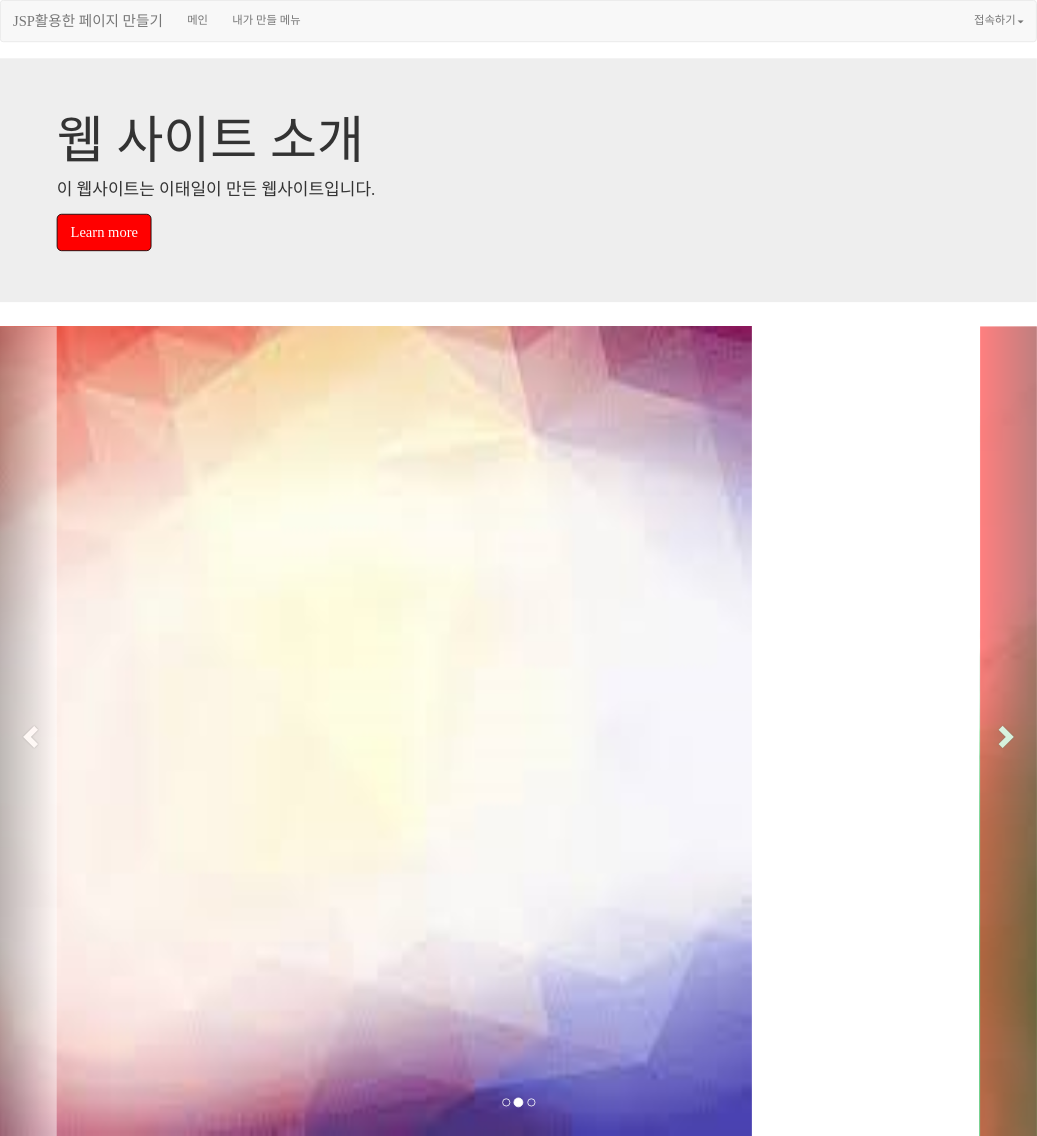
Repository: taeillee1/Newstudy
Page: http://localhost/SpringMVCJava/WEB-INF/views/mainpage.jsp
The author's editor kept a copy of each file at every save. The page is drawn from the files as they stood at one save, then again after the next save.
The browser window is 1280 px wide. The pictures show the whole page, at 81% of full size.
Some web fonts or font styles are not loaded; a fallback is used. Some web libraries are served in a nearby version. The page is served by Tomcat 9. Nobody is signed in. The template is opened directly, without the code that normally fills it, so the values that code supplies are empty.

Above is the page before, as saved 2022-01-08 10:55:24.

After the next save:
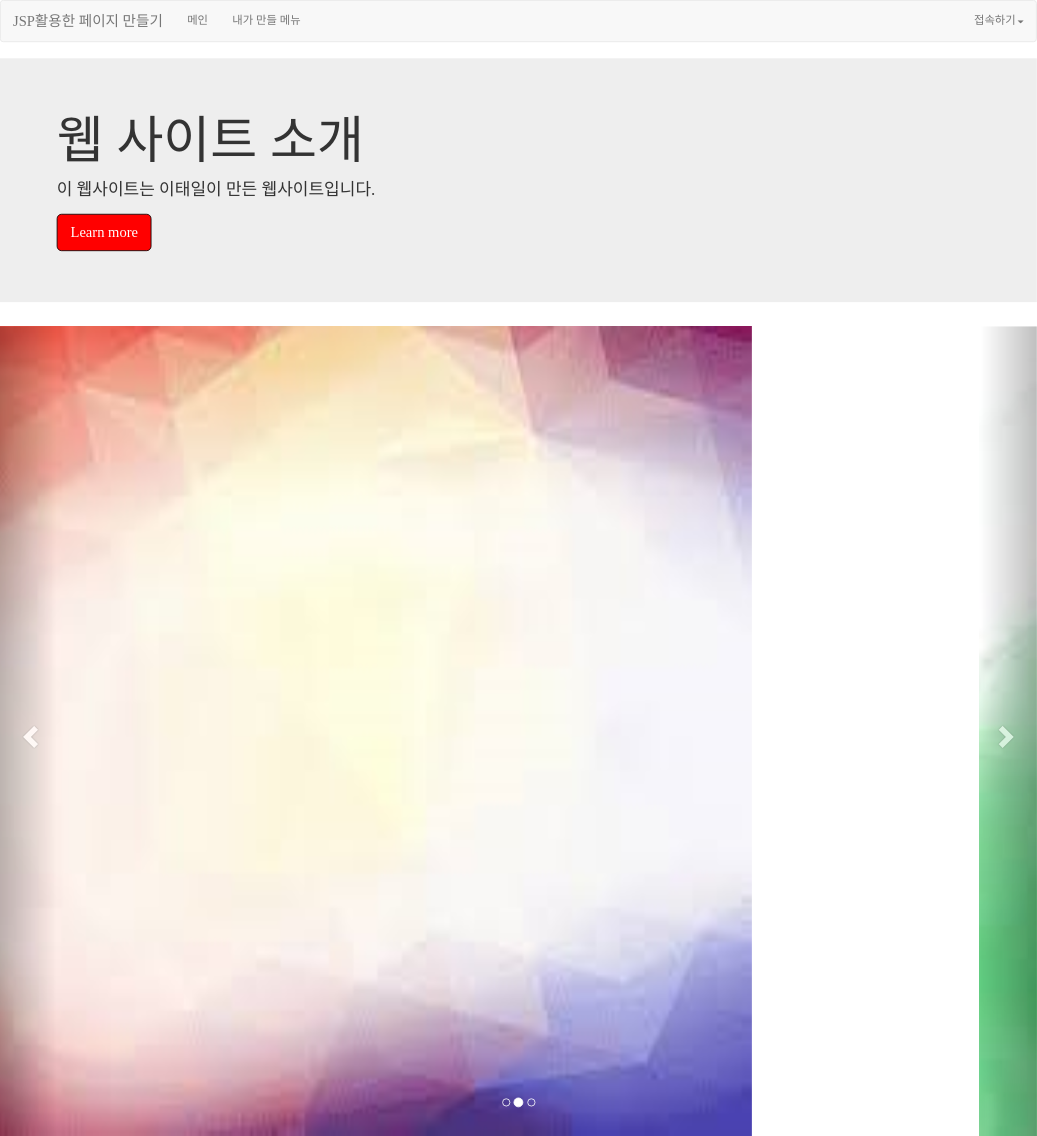
Saved 18 s later.
--- a/Newpage/SpringMVCJava/src/main/webapp/WEB-INF/views/mainpage.jsp
+++ b/Newpage/SpringMVCJava/src/main/webapp/WEB-INF/views/mainpage.jsp
@@ -98,10 +98,10 @@
 					<img src="image/imimim.png">
 				</div>
 			</div>
-			<a class="left carousel-control" href="#myCarousel" data-slide="prev" style="background-color:white; width:70px;">
+			<a class="left carousel-control" href="#myCarousel" data-slide="prev" style="width:70px;">
 				<span class="glyphicon glyphicon-chevron-left"></span>
 			</a>
-			<a class="right carousel-control" href="#myCarousel" data-slide="next" style="background-color:red; width:70px;">
+			<a class="right carousel-control" href="#myCarousel" data-slide="next" style="width:70px;">
 				<span class="glyphicon glyphicon-chevron-right"></span>
 			</a>
 		</div>
